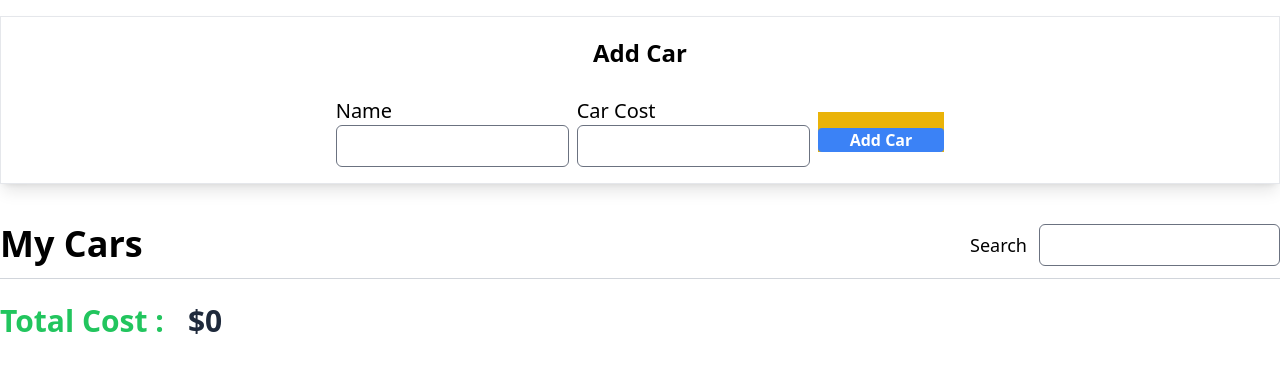
Repository: Marhamat92/carsappreduxtoolkit
Page: /
An editor plug-in stored every save of this project. The page is shown before and after the next save, followed by the edit.
The browser window is 1280 px wide. The pictures show the whole page.
The project was rebuilt for these pictures with package versions that can differ from the ones it lists, and the page was loaded fresh each time.

Above is the page before, as saved 2023-01-24 00:58:30.

### src/index.js
import React from 'react';
import ReactDOM from 'react-dom/client';
import './index.css';
import App from './App';
import { Provider } from 'react-redux';
import { store } from './store'


const root = ReactDOM.createRoot(document.getElementById('root'));
root.render(
  <Provider store={store}>
    <App />
  </Provider>
);

### src/App.js
import CarForm from "./components/CarForm";
import CarList from "./components/CarList";
import CarSearch from "./components/CarSearch";
import CarValue from "./components/CarValue";


function App() {
  return (
    <div className="container mx-auto">
      <CarForm />
      <CarSearch />
      <CarList />
      <CarValue />
    </div>
  );
}

export default App;

### src/store/index.js
import { configureStore } from "@reduxjs/toolkit";
import {
  carsReducer,
  addCar,
  removeCar,
  changeSearchTerm,
} from "./slices/carsSlice";
import { formReducer, changeName, changeCost } from "./slices/formSlice";

const store = configureStore({
  reducer: {
    cars: carsReducer,
    form: formReducer,
  },
})

export { store, addCar, removeCar, changeSearchTerm, changeName, changeCost };

### src/components/CarForm.js
import React from 'react'
import { useDispatch, useSelector } from 'react-redux'
import { changeName, changeCost, addCar } from '../store'



function CarForm() {
  const dispatch = useDispatch(); // this is the hook that allows us to dispatch actions to the store
  const { name, cost } = useSelector((state) => { // this is the hook that allows us to access the store
    return {
      name: state.form.name,
      cost: state.form.cost
    }
  })


  const handleNameChange = (e) => {
    dispatch(changeName(e.target.value))
  }

  const handleCostChange = (e) => {
    const carCost = parseInt(e.target.value) || 0;
    dispatch(changeCost(carCost))

  }


  const handleSubmit = (e) => {
    e.preventDefault();
    dispatch(addCar({ name, cost }))
  }


  //!after adding a car, clear the form fields with extra reducers which will be added to the formSlice,otherwise we can use dispatch(changeName('')) and dispatch(changeCost(0)) to clear the form fields but it is not a good practice



  return (
    <div className='flex flex-col items-center justify-center border shadow-lg py-4 mt-4'>
      <h1 className='font-bold text-2xl py-1' >Add Car</h1>
      <div className='mt-6'>
        <form onSubmit={handleSubmit} className=''>
          <div className='flex flex-row space-x-2 items-center justify-center'>
            <div className='flex flex-col'>
              <label className='text-xl' htmlFor='make'>Name</label>
              <input className=' border border-gray-500 rounded-md py-2

              ' value={name} onChange={handleNameChange} type='text' name='carName' id='carName' />
            </div>
            <div className='flex flex-col'>
              <label className='text-xl' htmlFor='price'>Car Cost</label>
              <input className=' border border-gray-500 rounded-md py-2

              ' value={cost || ''} onChange={handleCostChange} type='number' name='price' id='price' />
            </div>
            <div className='flex items-center  bg-yellow-500'>
              <button className='bg-blue-500 hover:bg-blue-700 text-white font-bold   px-8 rounded mt-4' type='submit'>Add Car</button>
            </div>
          </div>


        </form>
      </div>
    </div>
  )
}

export default CarForm

### src/components/CarList.js
import React from 'react'
import { useSelector, useDispatch } from 'react-redux'
import { removeCar } from '../store'


function CarList() {


  const dispatch = useDispatch();

  const cars = useSelector(({ cars: { searchTerm, data } }) => {   //! <--- destructuring the state object to get the searchTerm and data properties
    return data.filter((car) => {
      return car.name.toLowerCase().includes(searchTerm.toLowerCase())
    })
  })

  const handleDeleteCar = (car) => {
    dispatch(removeCar(car.id))
  }



  const renderedCars = cars.map((car) => {
    return (
      <div className='flex justify-between space-y-3 items-center shadow-lg mt-4 py-2 px-4 rounded-md' key={car.id}>
        <p className='text-3xl' >{car.name} - ${car.cost}</p>
        <button onClick={() => handleDeleteCar(car)} className='bg-red-500 px-4 py-2 text-3xl rounded-md'>
          Remove
        </button>
      </div>
    )
  })




  return (
    <div>{renderedCars}</div>
  )
}

export default CarList

### src/components/CarSearch.js
import React from 'react'
import { useSelector, useDispatch } from 'react-redux'
import { changeSearchTerm } from '../store'


function CarSearch() {

  const dispatch = useDispatch();
  const searchTerm = useSelector((state) => {

    return state.cars.searchTerm

  })

  const handleSearchCarTerm = (e) => {
    dispatch(changeSearchTerm(e.target.value))
  }



  return (
    <div>
      <div className='flex justify-between mt-10 border-b border-gray-300 pb-3' >
        <h1 className='text-4xl font-bold' >My Cars</h1>
        <div className='flex space-x-3 items-center' >
          <label className='text-lg' htmlFor="">Search</label>
          <input value={searchTerm} onChange={handleSearchCarTerm} className='pl-2 border border-gray-500 py-2 rounded-md' type="text" />
        </div>
      </div>
    </div>
  )
}

export default CarSearch

### src/components/CarValue.js
import React from 'react'
import { useSelector } from 'react-redux'

function CarValue() {

  const totalCost = useSelector(({ cars: { data, searchTerm } }) =>
    data.filter((car) => car.name.toLowerCase().includes(searchTerm.toLowerCase())
    )
      .reduce((acc, car) => acc + car.cost, 0)
  );



  return (
    <div className='flex  space-x-6 mt-6'>
      <h1 className='text-3xl font-bold text-green-500' >Total Cost :</h1>
      <h1 className='text-3xl font-bold text-slate-800'>${totalCost}</h1>
    </div>
  )
}

export default CarValue

### src/store/slices/carsSlice.js
import { createSlice, nanoid } from '@reduxjs/toolkit';

const carsSlice = createSlice({
  name: 'cars',
  initialState: {
    data: [],
    searchTerm: ''
  },
  reducers: {
    changeSearchTerm(state, action) {
      state.searchTerm = action.payload;
    },
    addCar(state, action) {
      //Assumption:
      //action.payload is an object with the following properties:
      //name, cost, id
      state.data.push({
        name: action.payload.name,
        cost: action.payload.cost,
        id: nanoid()
      })
    },
    removeCar(state, action) {
      //Assumption:
      //action.payload is the id of the car to remove
      const updatedCars = state.data.filter((car) => {
        return car.id !== action.payload;
      })
      state.data = updatedCars;
    }

  }
})

export const { changeSearchTerm, addCar, removeCar } = carsSlice.actions;
export const carsReducer = carsSlice.reducer;

### src/store/slices/formSlice.js
import { createSlice } from '@reduxjs/toolkit';
import { addCar } from './carsSlice';

const formSlice = createSlice({
  name: 'form',
  initialState: {
    name: '',
    cost: 0
  },
  reducers: {
    changeName(state, action) {
      state.name = action.payload;
    },
    changeCost(state, action) {
      state.cost = action.payload;
    }
  },
  extraReducers(builder) {
    builder.addCase(addCar, (state, action) => {
      state.name = '';
      state.cost = 0;
    })
  }
})

//extraReducers is a function that takes a builder object as an argument and we can use the builder object to add extra reducers to the formSlice
//addCase is a function that takes an action and a reducer as arguments and adds the reducer to the formSlice
//the reducer will be called when the action is dispatched


export const { changeName, changeCost } = formSlice.actions;
export const formReducer = formSlice.reducer;

Loaded but not shown: public/index.html (common file); src/index.css (common file); tailwind.config.js (common file)

After the next save:
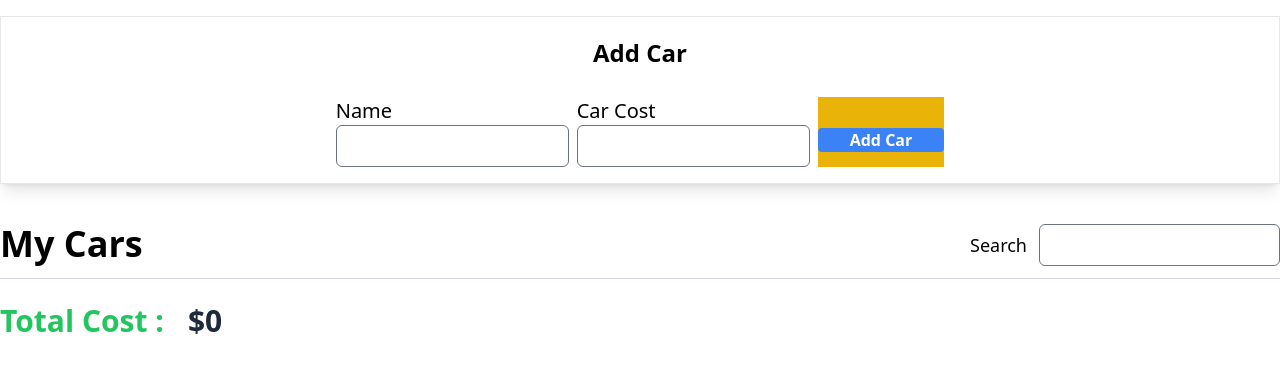
Saved 11 s later.
--- a/src/components/CarForm.js
+++ b/src/components/CarForm.js
@@ -40,7 +40,7 @@ function CarForm() {
       <h1 className='font-bold text-2xl py-1' >Add Car</h1>
       <div className='mt-6'>
         <form onSubmit={handleSubmit} className=''>
-          <div className='flex flex-row space-x-2 items-center justify-center'>
+          <div className='flex flex-row space-x-2 '>
             <div className='flex flex-col'>
               <label className='text-xl' htmlFor='make'>Name</label>
               <input className=' border border-gray-500 rounded-md py-2
